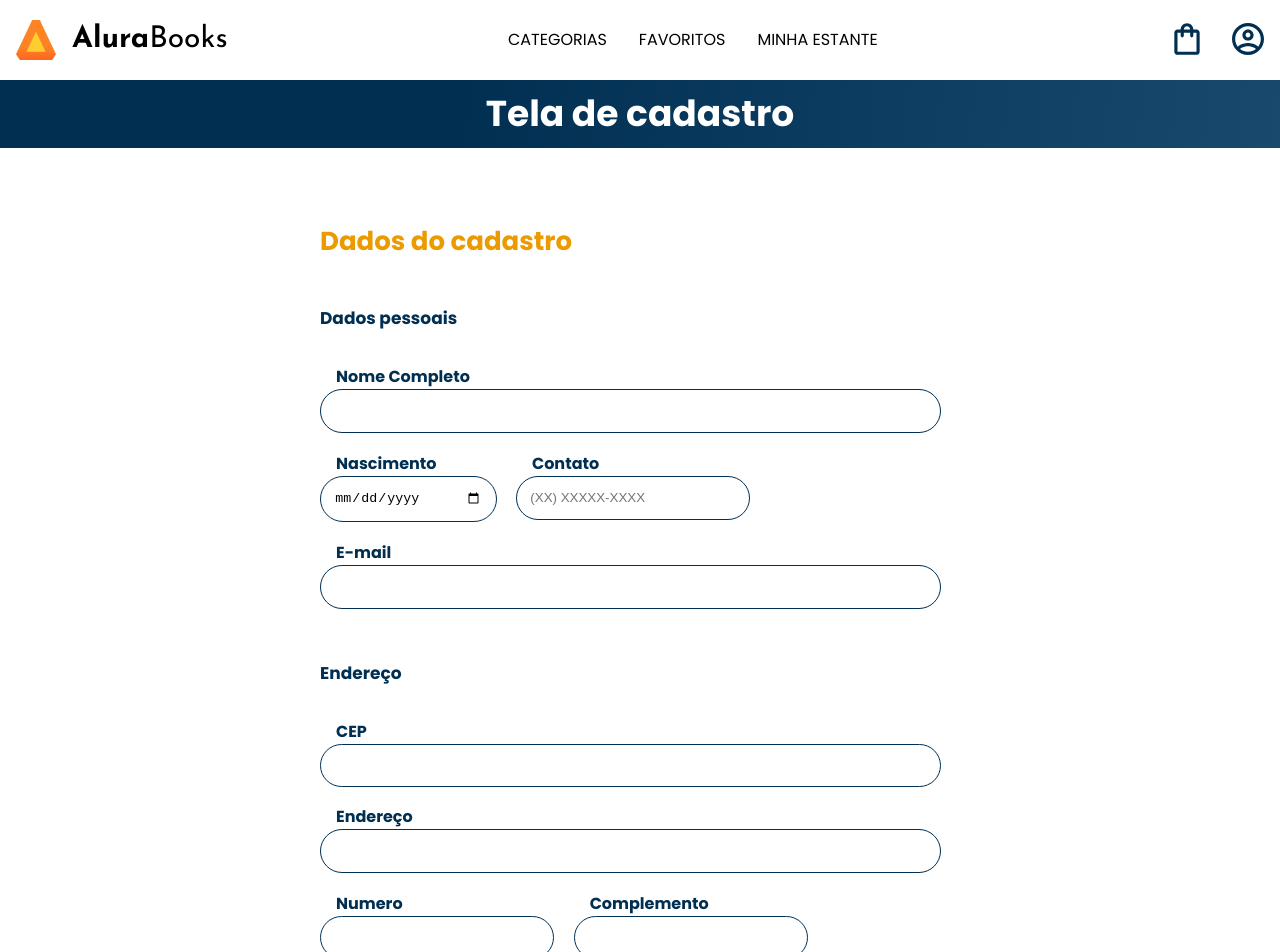
Repository: joaoPraiaJunior/viacep
Page: index.html
An editor plug-in stored every save of this project. The page is shown before and after the next save, followed by the edit.
The browser window is 1280 px wide. The pictures show the part of the page from y = 0 to 952 px (the page is 1875 px tall before and 1844 px after).
A picture or video elsewhere on the page could not be fetched, so the positions and the page height are approximate.

Above is the page before, as saved 2024-07-25 21:28:30.

After the next save:
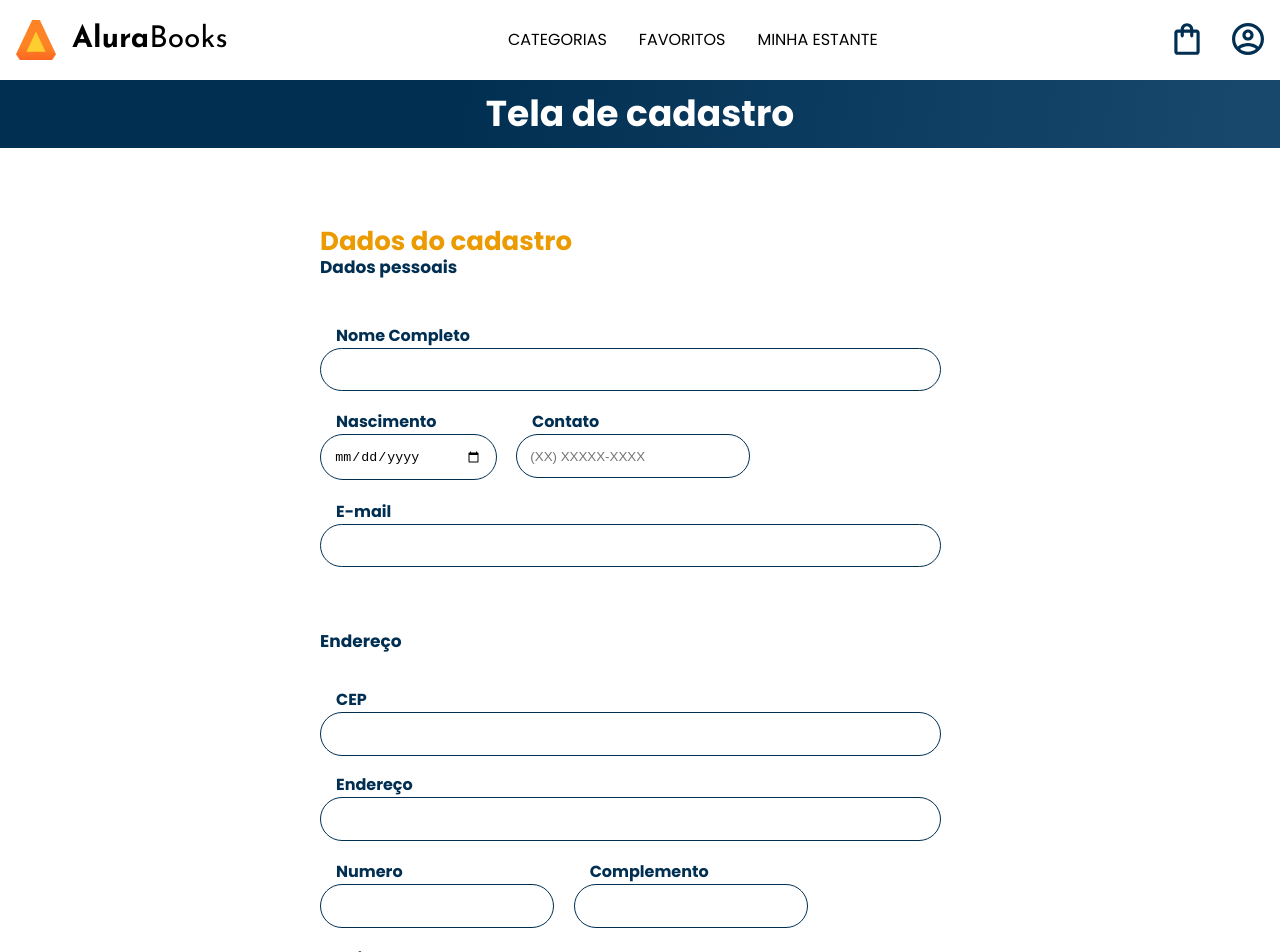
Saved 3 min 1 s later.
--- a/index.html
+++ b/index.html
@@ -75,26 +75,28 @@
 
         <form class="principal__formulario" id="formulario" target="_blank"
             onsubmit="location.replace('./cadastro-finalizado.html')" data-js="formulario">
-            <h3 class="principal__subtitulo">Dados pessoais</h3>
-            <div class="formulario__campo">
-                <label class="campo__etiqueta" for="nome">Nome Completo</label>
-                <input name="nome" id="nome" class="campo__escrita" required />
-            </div>
-            <div class="formulario__dupla">
-                <div class="formulario__campo">
-                    <label class="campo__etiqueta" for="nascimento">Nascimento</label>
-                    <input name="nascimento" id="nascimento" type="date" class="campo__escrita" required />
-                </div>
-                <div class="formulario__campo">
-                    <label class="campo__etiqueta" for="telefone">Contato</label>
-                    <input name="telefone" id="telefone" type="tel" placeholder="(XX) XXXXX-XXXX" class="campo__escrita"
-                        required />
-                </div>
-            </div>
-            <div class="formulario__campo">
-                <label class="campo__etiqueta" for="email">E-mail</label>
-                <input name="email" id="email" type="email" class="campo__escrita" required />
-            </div>
+            <fieldset>
+                <legend class="principal__subtitulo">Dados pessoais</legend>
+                <div class="formulario__campo">
+                    <label class="campo__etiqueta" for="nome">Nome Completo</label>
+                    <input name="nome" id="nome" class="campo__escrita" required />
+                </div>
+                <div class="formulario__dupla">
+                    <div class="formulario__campo">
+                        <label class="campo__etiqueta" for="nascimento">Nascimento</label>
+                        <input name="nascimento" id="nascimento" type="date" class="campo__escrita" required />
+                    </div>
+                    <div class="formulario__campo">
+                        <label class="campo__etiqueta" for="telefone">Contato</label>
+                        <input name="telefone" id="telefone" type="tel" placeholder="(XX) XXXXX-XXXX" class="campo__escrita"
+                            required />
+                    </div>
+                </div>
+                <div class="formulario__campo">
+                    <label class="campo__etiqueta" for="email">E-mail</label>
+                    <input name="email" id="email" type="email" class="campo__escrita" required />
+                </div>
+            </fieldset>
 
             <h3 class="principal__subtitulo">Endereço</h3>
 
